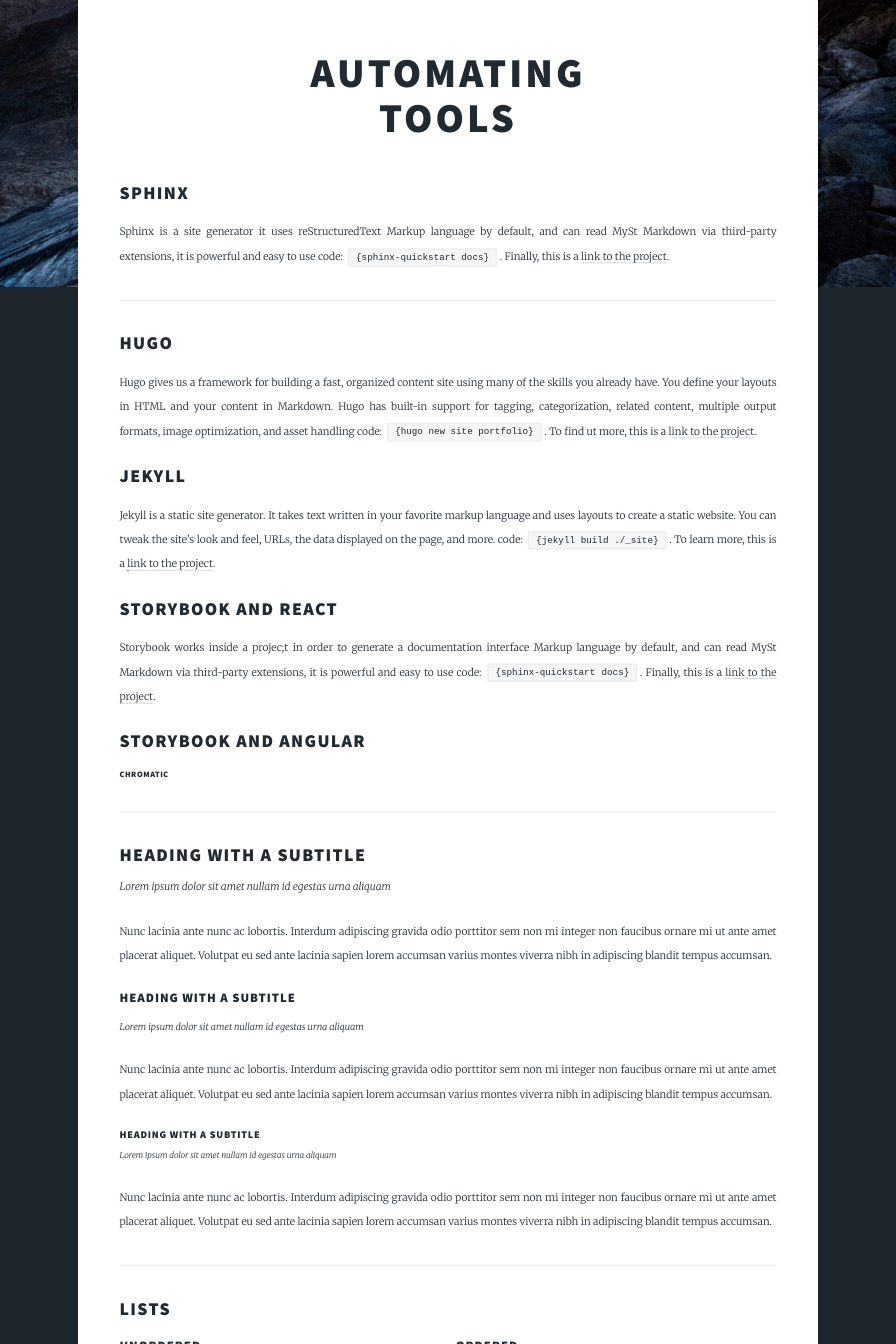
Repository: enlilsudo/Orlando-Portfolio
Page: elements.html
An editor plug-in stored every save of this project. The page is shown before and after the next save, followed by the edit.
The browser window is 1280 px wide. The pictures show the part of the page from y = 310 to 2230 px (the page is 9939 px tall), at 70% of full size.

Above is the page before, as saved 2023-02-19 12:54:55.

After the next save:
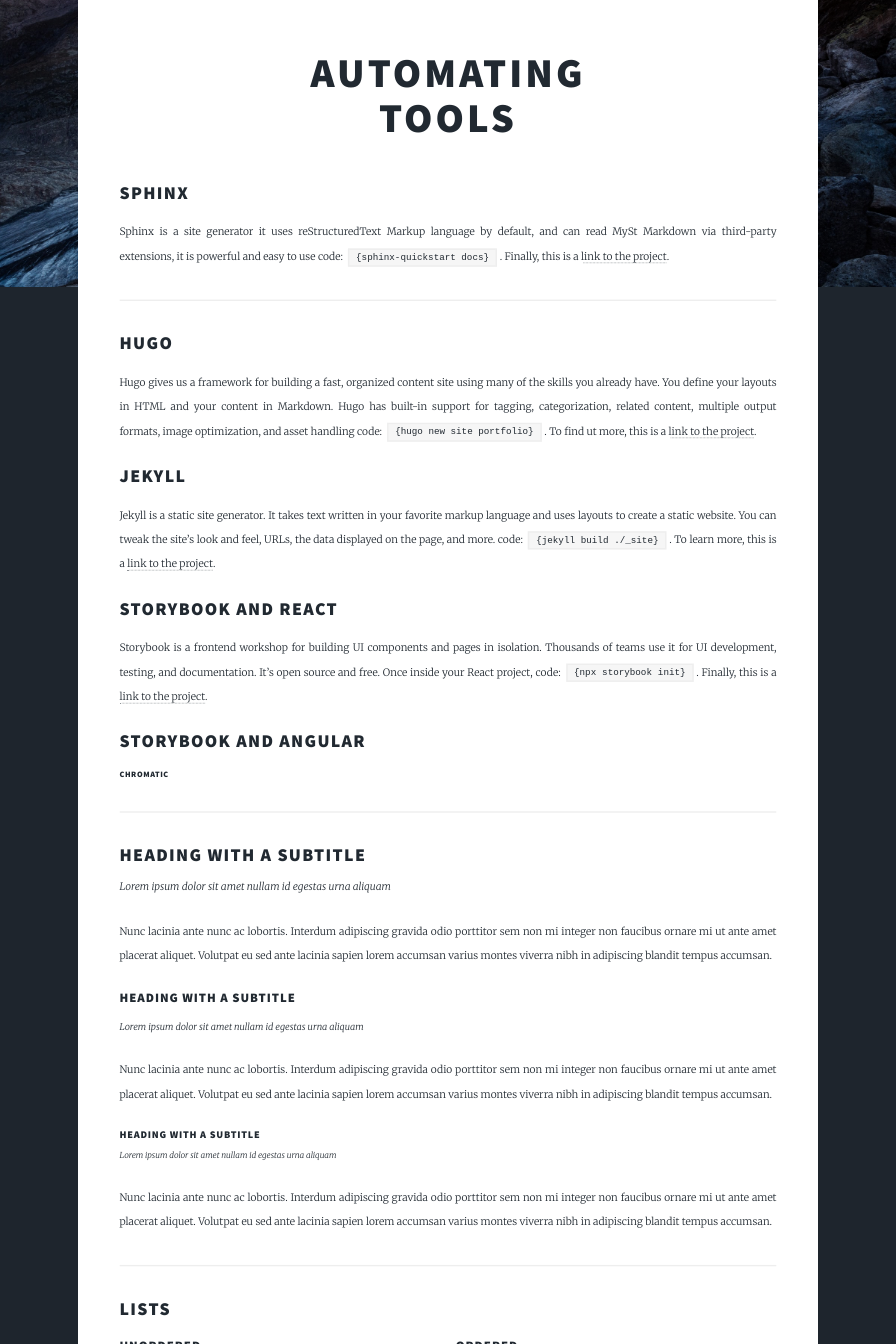
Saved 4 min 41 s later.
--- a/elements.html
+++ b/elements.html
@@ -64,10 +64,9 @@
 										You can tweak the site’s look and feel, URLs, the data displayed on the page, and more. code: <code>{jekyll build ./_site}</code>.
 										To learn more, this is a <a href="https://jekyllrb.com/">link to the project</a>.</p>
 									<h2>Storybook and React</h2>
-									<p>Storybook works inside a projec;t in order to generate a documentation interface
-										Markup language by default, and can read MySt Markdown via third-party
-										extensions, it is powerful and easy to use code: <code>{sphinx-quickstart docs}</code>.
-										Finally, this is a <a href="https://www.sphinx-doc.org/en/master/#get-started">link to the project</a>.</p>
+									<p>Storybook is a frontend workshop for building UI components and pages in isolation. Thousands of teams use it for UI development, testing, and documentation.
+										It’s open source and free. Once inside your React project, code: <code>{npx storybook init}</code>.
+										Finally, this is a <a href="https://storybook.js.org/">link to the project</a>.</p>
 									<h2>Storybook and Angular</h2>
 									<h6>Chromatic</h6>
 									<hr />
